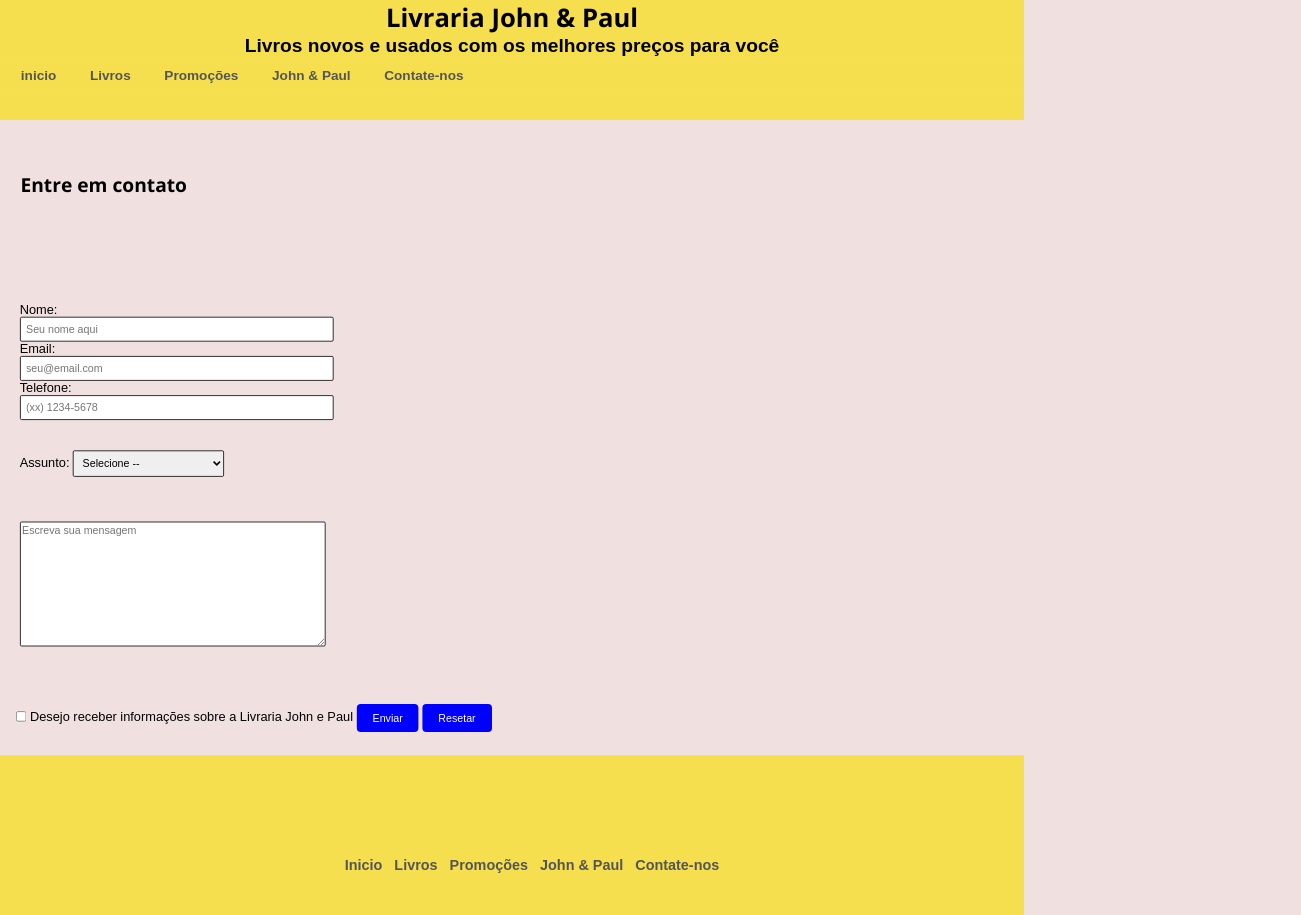
Repository: MarcoantonioCaldeira/Site-livraria-John-e-Paul
Page: contato.html
The author's editor kept a copy of each file at every save. The page is drawn from the files as they stood at one save, then again after the next save.
The browser window is 1280 px wide. The page is 1280 px wide, then 1626 px, so the pictures cover 1626 px, including what lies to the right of the window. The pictures show the whole page, at 80% of full size.

Above is the page before, as saved 2022-09-25 23:36:06.

After the next save:
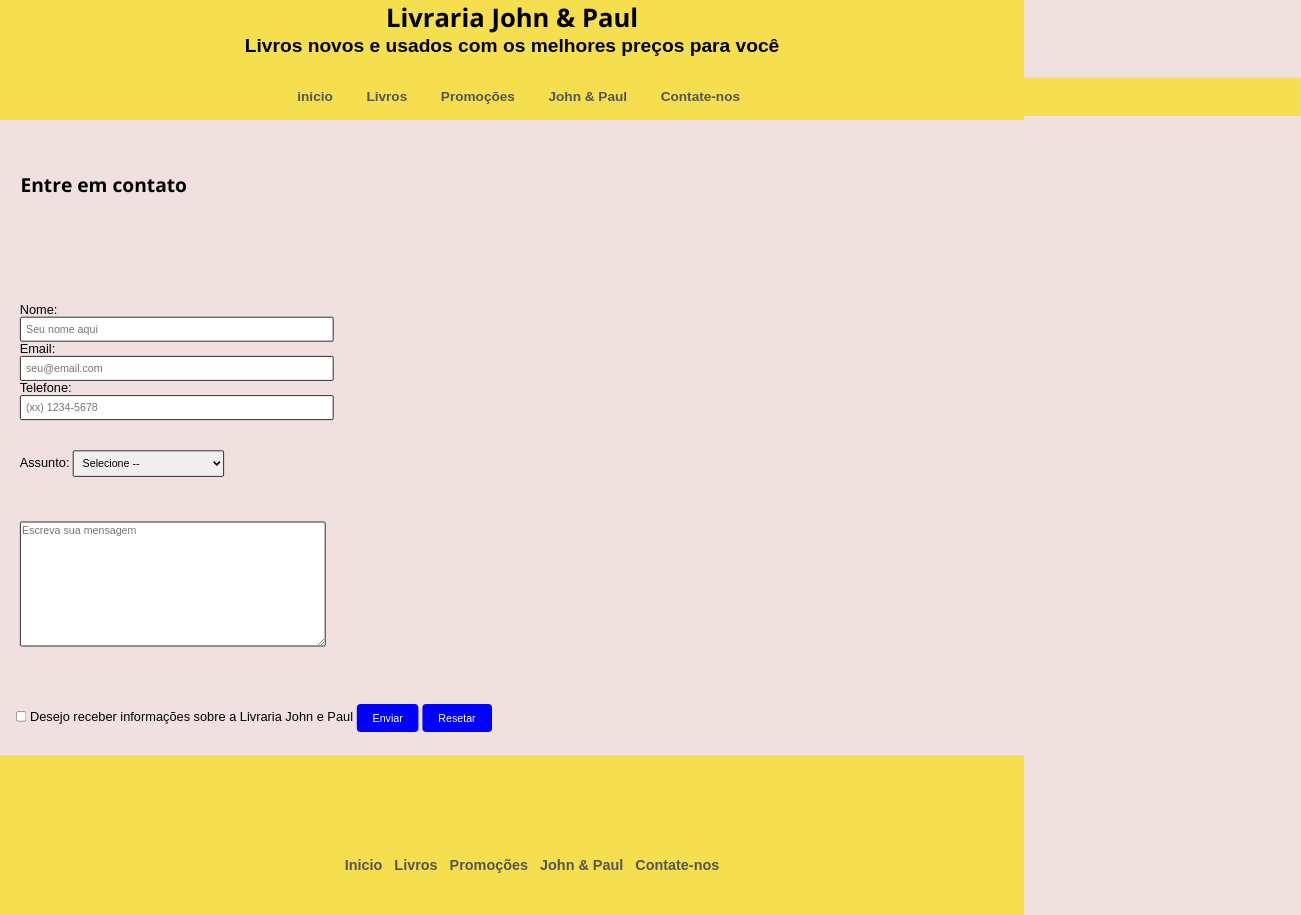
Saved 16 s later.
--- a/css/estilo.css
+++ b/css/estilo.css
@@ -48,7 +48,9 @@ h1,h3,h4,h5,h6{
 
 .topnav {
    overflow: hidden;
-
+   width: 100%;
+   margin-left: 27%;
+   margin-top: 2%;
    background-color: #f5df4e;
  }
 
